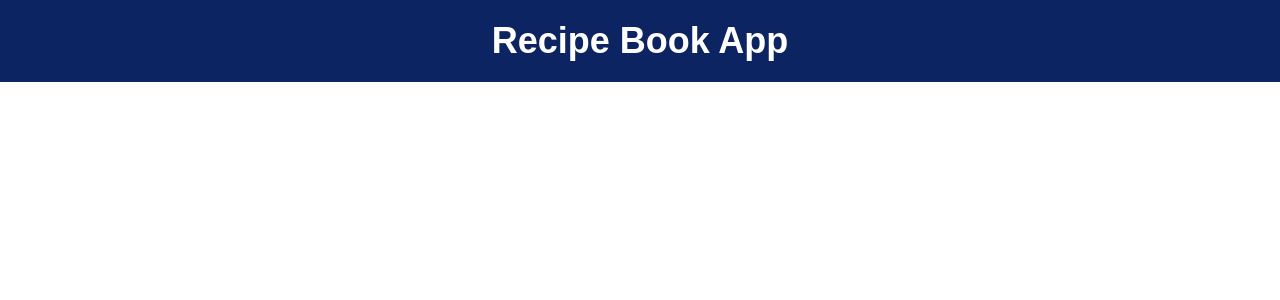
Repository: andrewhuynh561/recipe-app
Page: index.html
These files come from the project's save history. The page is drawn as it stood at one moment and after the next save; the edit follows.
The browser window is 1280 px wide. The pictures show the whole page.
The page's requests for data from a server got no answer.

Above is the page before, as saved 2023-05-22 15:32:33.

After the next save:
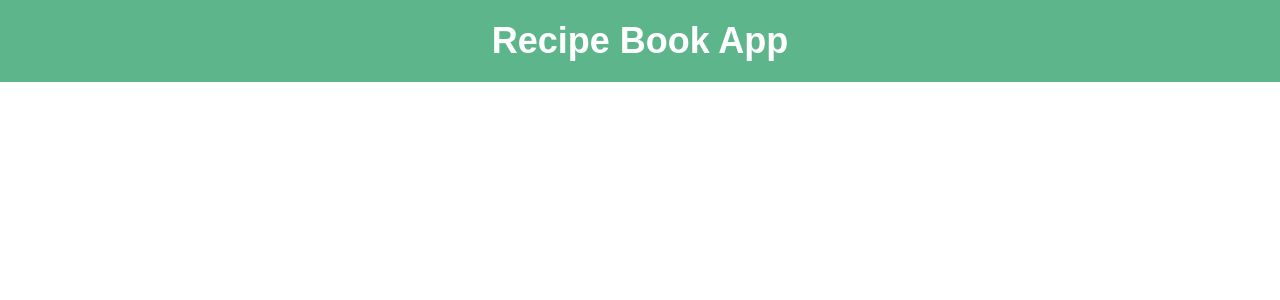
Saved 41 s later.
--- a/style.css
+++ b/style.css
@@ -5,7 +5,7 @@ body {
   }
 
   header {
-    background: #0c2461;
+    background: #5db58b;
     color: #fff;
     padding: 20px;
     text-align: center;
@@ -69,7 +69,7 @@ body {
   }
 
   .recipe-item a:hover {
-    background: #991b30;
+    background: #1b3499;
   }
 
   @media screen and (max-width: 768px) {
